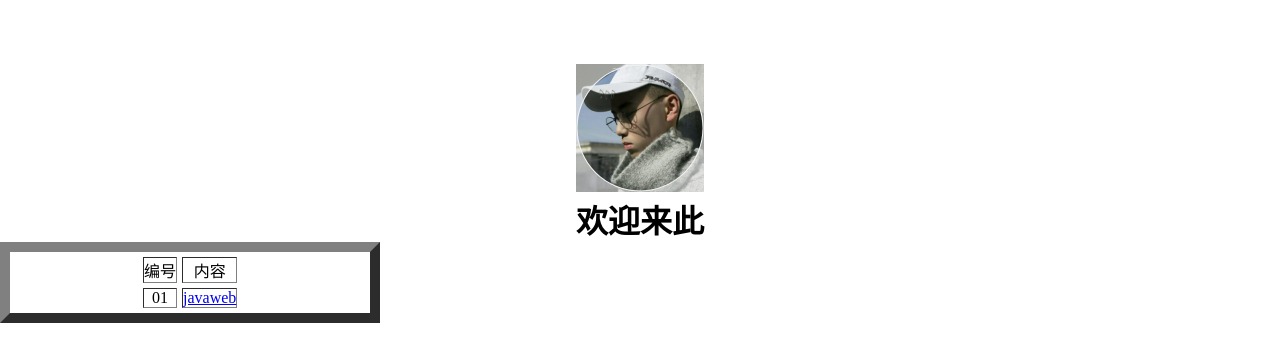
Repository: FengMo1314/JavaWeb
Page: JavaWeb&chen/src/main/webapp/index.html
An editor plug-in stored every save of this project. The page is shown before and after the next save, followed by the edit.
The browser window is 1280 px wide. The pictures show the whole page.

Above is the page before, as saved 2022-11-19 14:26:11.

### JavaWeb&chen/src/main/webapp/index.html
<!DOCTYPE html>
<html>
<head>
<meta charset="UTF-8">
<link rel="stylesheet" href="css/index/index.css">
<title>liuhe.com</title>
</head>
<body>
	<div class="box">
		<img alt="完了" src="imgs/index/index.png">
		<h1>欢迎来此</h1>
		<form action="">
			<table border="10px" cellspacing="5px" >
			<tr align="center">
			<td>编号</td>
			<td>内容</td>
			</tr>
			<tr align="center">
			<td>01</td>
			<td><a href="/lh.com">javaweb</a></td>
			</tr>
			</table>
		</form>
	</div>
</body>
</html>

### JavaWeb&chen/src/main/webapp/css/index/index.css
@charset "UTF-8";
*{
	margin: 0;
	padding: 0

}
.box{
	width: 100%;
	height: 100%;
}
img{
	width: 10%;
	height: 10%;
	margin: 5% 45% 0 45%;
}
h1{
	text-align: center;
}
table {
	height: 80%;
	padding: 0 10% 0 10%;
}

After the next save:
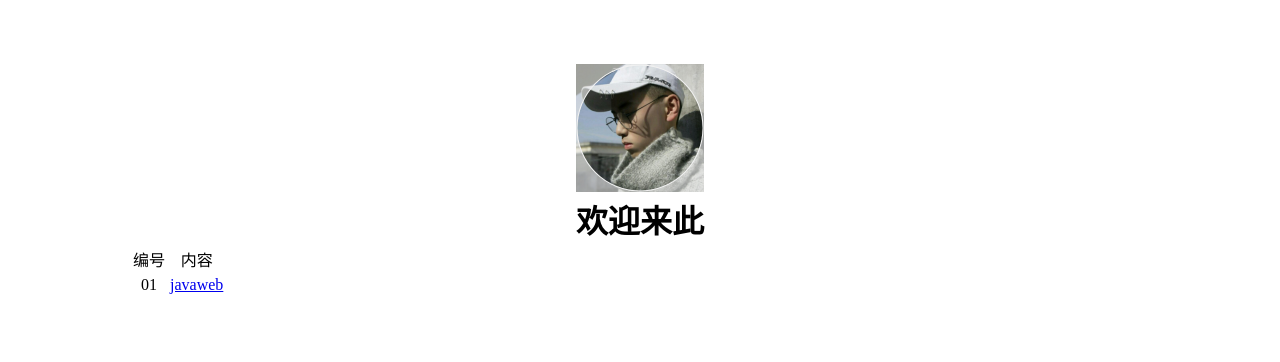
Saved 10 s later.
--- a/JavaWeb&chen/src/main/webapp/index.html
+++ b/JavaWeb&chen/src/main/webapp/index.html
@@ -10,7 +10,7 @@
 		<img alt="完了" src="imgs/index/index.png">
 		<h1>欢迎来此</h1>
 		<form action="">
-			<table border="10px" cellspacing="5px" >
+			<table cellspacing="5px" >
 			<tr align="center">
 			<td>编号</td>
 			<td>内容</td>
